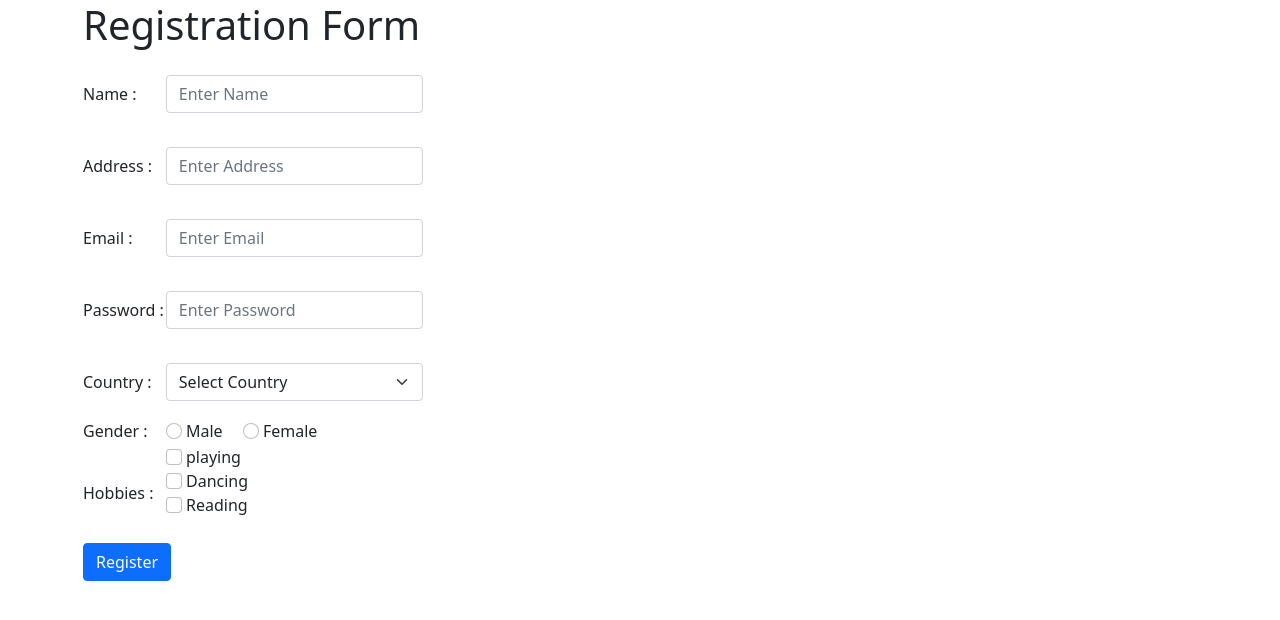
Repository: testuser85495/Java-Practical
Page: http://localhost/First_demo/
An editor plug-in stored every save of this project. The page is shown before and after the next save, followed by the edit.
The browser window is 1280 px wide. The pictures show the whole page.
The page is served by Tomcat 9. Other server files are loaded and not shown.

Above is the page before, as saved 2024-07-23 13:44:48.

### First_demo/src/main/webapp/index.jsp
<%@ page language="java" contentType="text/html; charset=UTF-8"
	pageEncoding="UTF-8"%>
<!DOCTYPE html>
<html>
<head>
<!-- Required meta tags -->
<meta charset="utf-8">
<meta name="viewport" content="width=device-width, initial-scale=1">

<!-- Bootstrap CSS -->
<link
	href="https://cdn.jsdelivr.net/npm/bootstrap@5.0.2/dist/css/bootstrap.min.css"
	rel="stylesheet"
	integrity="sha384-EVSTQN3/azprG1Anm3QDgpJLIm9Nao0Yz1ztcQTwFspd3yD65VohhpuuCOmLASjC"
	crossorigin="anonymous">

<title>Edit</title>
</head>


<body>
	<div class="container">
		<%-- <h3 class="scriptlet">
			<%
			String msg = (String) request.getAttribute("msg");
			if (msg != null) {
				out.print(msg);
			}
			%>
		</h3> --%>

		<form action="UserController" method="post">
			<table cellspacing="15" class="tbl_reg">
				<tr>
					<td colspan="2">
						<h1>Registration Form</h1>
					</td>
				</tr>
				<tr>
					<td><label>Name : </label></td>
					<td><input type="text" name="name" placeholder="Enter Name"
						class="form-control my-3" required="required"></td>
				</tr>

				<tr>
					<td><label>Address : </label></td>
					<td><input type="text" name="address"
						placeholder="Enter Address" required="required"
						class="form-control my-3"></td>
				</tr>


				<tr>
					<td><label>Email : </label></td>
					<td><input type="email" name="email" placeholder="Enter Email"
						required="required" class="form-control my-3"></td>
				</tr>
				<tr>
					<td><label>Password : </label></td>
					<td><input type="password" name="password"
						placeholder="Enter Password" required="required"
						class="form-control my-3"></td>
				</tr>

				<tr>
					<td><label>Country : </label></td>
					<td><select name="country" id="Country"
						class="form-select my-3">
							<option selected>Select Country</option>
							<option value="India">India</option>
							<option value="USA">USA</option>
							<option value="Canada">Canada</option>
							<option value="UK">UK</option>
					</select></td>
				</tr>

				<tr>
					<td><label>Gender : </label></td>
					<td><label class="form-check-inline"> <input
							type="radio" name="gender" value="male" class="form-check-input">
							Male
					</label> <label class="form-check-inline"> <input type="radio"
							name="gender" value="female" class="form-check-input">
							Female
					</label></td>
				</tr>


				<tr>
					<td><label>Hobbies : </label></td>


					<td><input type="checkbox" name="hobbie" value="playing"
						class="form-check-input"> <label for="Hobbies">
							playing</label> <br> <input type="checkbox" name="hobbie"
						value="Dancing" class="form-check-input"> <label
						for="Hobbies"> Dancing</label> <br> <input type="checkbox"
						name="hobbie" value="Reading" class="form-check-input"> <label
						for="Hobbies"> Reading</label> <br> <br></td>
				</tr>

				<tr>
					<td colspan="2"><input type="Submit" name="action"
						value="Register" class="btn btn-primary reg_submit"
						id="reg_submit" /></td>
				</tr>
			</table>
			<!-- <h4><a href="home.jsp">List</a></h4> -->
		</form>
	</div>
</body>
</html>

After the next save:
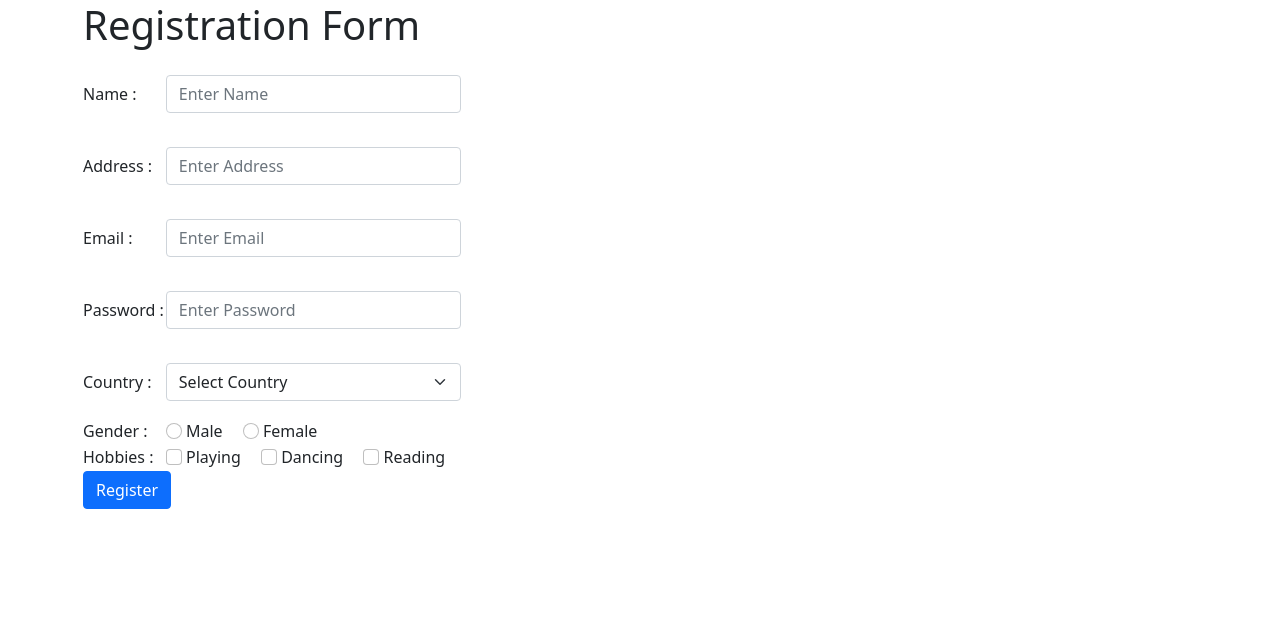
Saved 49 s later.
--- a/First_demo/src/main/webapp/index.jsp
+++ b/First_demo/src/main/webapp/index.jsp
@@ -88,17 +88,17 @@
 
 				<tr>
 					<td><label>Hobbies : </label></td>
-
-
-					<td><input type="checkbox" name="hobbie" value="playing"
-						class="form-check-input"> <label for="Hobbies">
-							playing</label> <br> <input type="checkbox" name="hobbie"
-						value="Dancing" class="form-check-input"> <label
-						for="Hobbies"> Dancing</label> <br> <input type="checkbox"
-						name="hobbie" value="Reading" class="form-check-input"> <label
-						for="Hobbies"> Reading</label> <br> <br></td>
+					<td><label class="form-check-inline"> <input
+							type="checkbox" name="hobbie" value="playing"
+							class="form-check-input"> Playing
+					</label> <label class="form-check-inline"> <input type="checkbox"
+							name="hobbie" value="Dancing" class="form-check-input">
+							Dancing
+					</label> <label class="form-check-inline"> <input type="checkbox"
+							name="hobbie" value="Reading" class="form-check-input">
+							Reading
+					</label></td>
 				</tr>
-
 				<tr>
 					<td colspan="2"><input type="Submit" name="action"
 						value="Register" class="btn btn-primary reg_submit"
